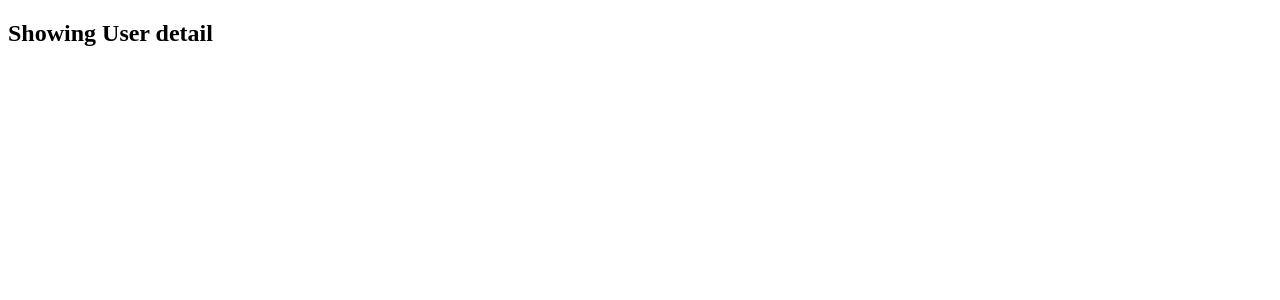
Repository: nikant20/Training
Page: http://localhost/javaee-mvc-orm-demo/success.jsp
An editor plug-in stored every save of this project. The page is shown before and after the next save, followed by the edit.
The browser window is 1280 px wide. The pictures show the whole page.
The page is served by Tomcat 9. Other server files are loaded and not shown.

Above is the page before, as saved 2018-09-21 09:24:00.

### javaee-mvc-orm-demo/WebContent/success.jsp
<%@ page language="java" contentType="text/html; charset=ISO-8859-1"
    pageEncoding="ISO-8859-1"%>
<!DOCTYPE html>
<html>
<head>
<meta charset="ISO-8859-1">
<title>Insert title here</title>
</head>
<body>
	<h2>Showing User detail</h2>
		<%@taglib uri="http://java.sun.com/jsp/jstl/core" prefix="core" %>

			<h4>${userDetails.userName }</h4>
			<h4>${userDetails.gender }</h4>
			<h4>${userDetails.phone }</h4>



</body>
</html>

After the next save:
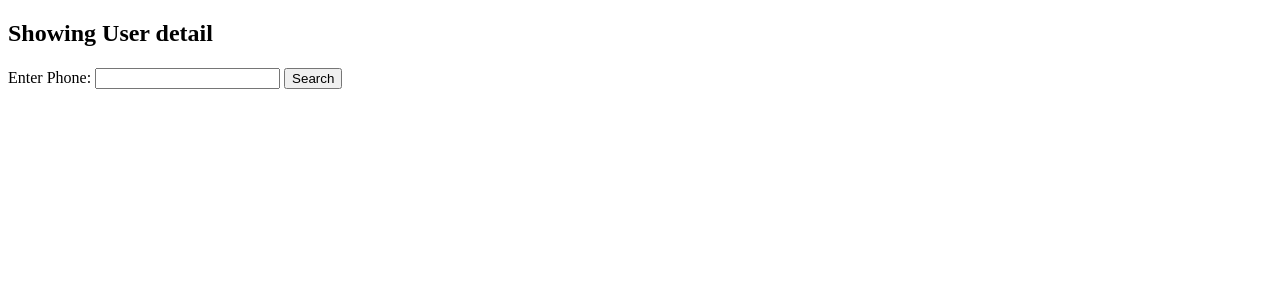
Saved 117 s later.
--- a/javaee-mvc-orm-demo/WebContent/success.jsp
+++ b/javaee-mvc-orm-demo/WebContent/success.jsp
@@ -14,7 +14,10 @@
 			<h4>${userDetails.gender }</h4>
 			<h4>${userDetails.phone }</h4>
 
-
+		<form action="SearchServlet">
+			<label>Enter Phone: </label> <input type="text" name="phoneNumber">
+			<input type="submit" value="Search">
+		</form>
 
 </body>
 </html>
